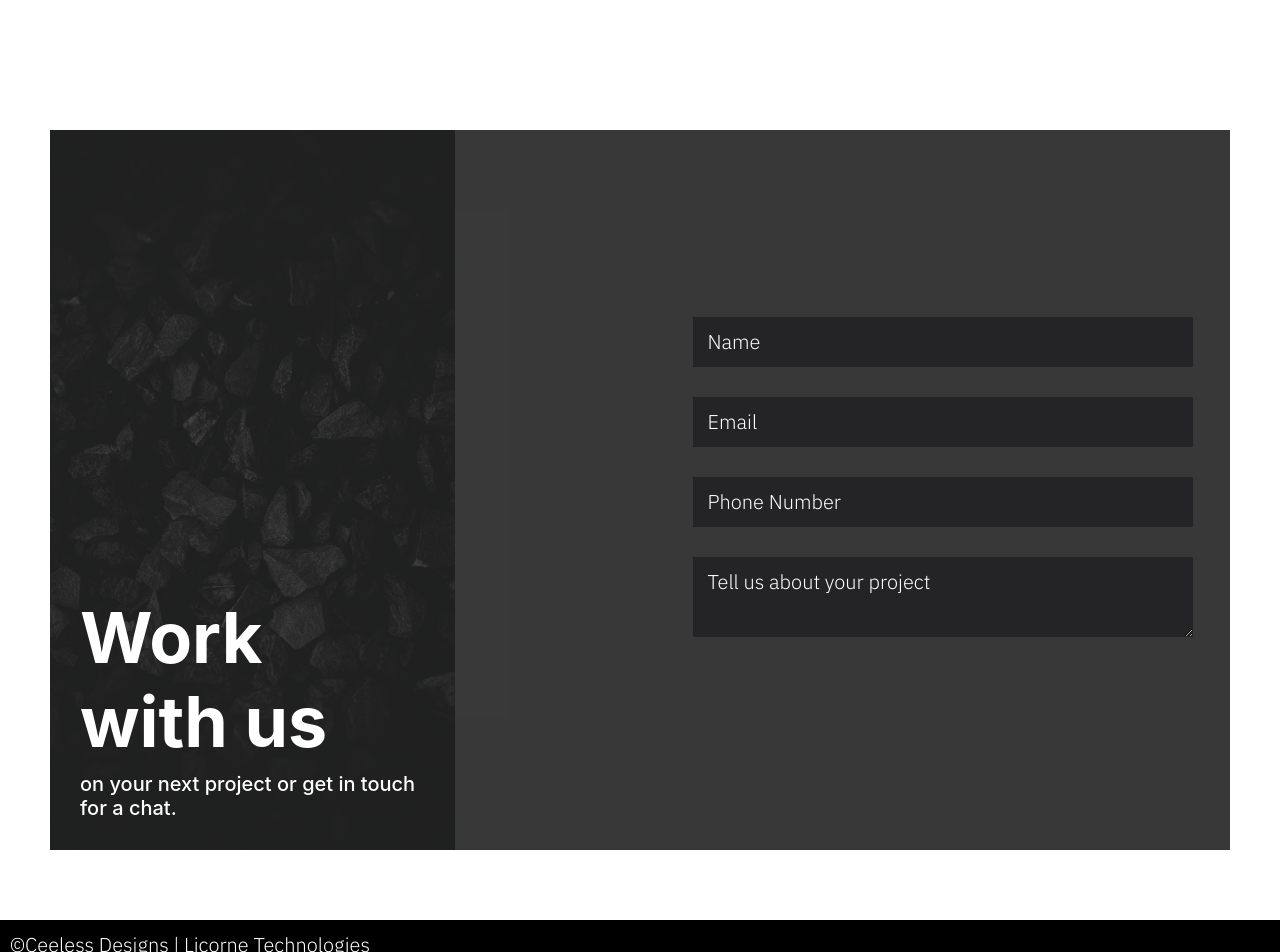
Repository: Licorne-Technologies/Ceeless-v2
Page: index.html
The author's editor kept a copy of each file at every save. The page is drawn from the files as they stood at one save, then again after the next save.
The browser window is 1280 px wide. The pictures show the part of the page from y = 2331 to 3283 px (the page is 3317 px tall).
Some web libraries are served in a nearby version. The style sheet was rebuilt from its Sass, Less or Tailwind sources for each picture, by a compiler version that may differ from the author's.

Above is the page before, as saved 2020-06-15 14:41:47.

After the next save:
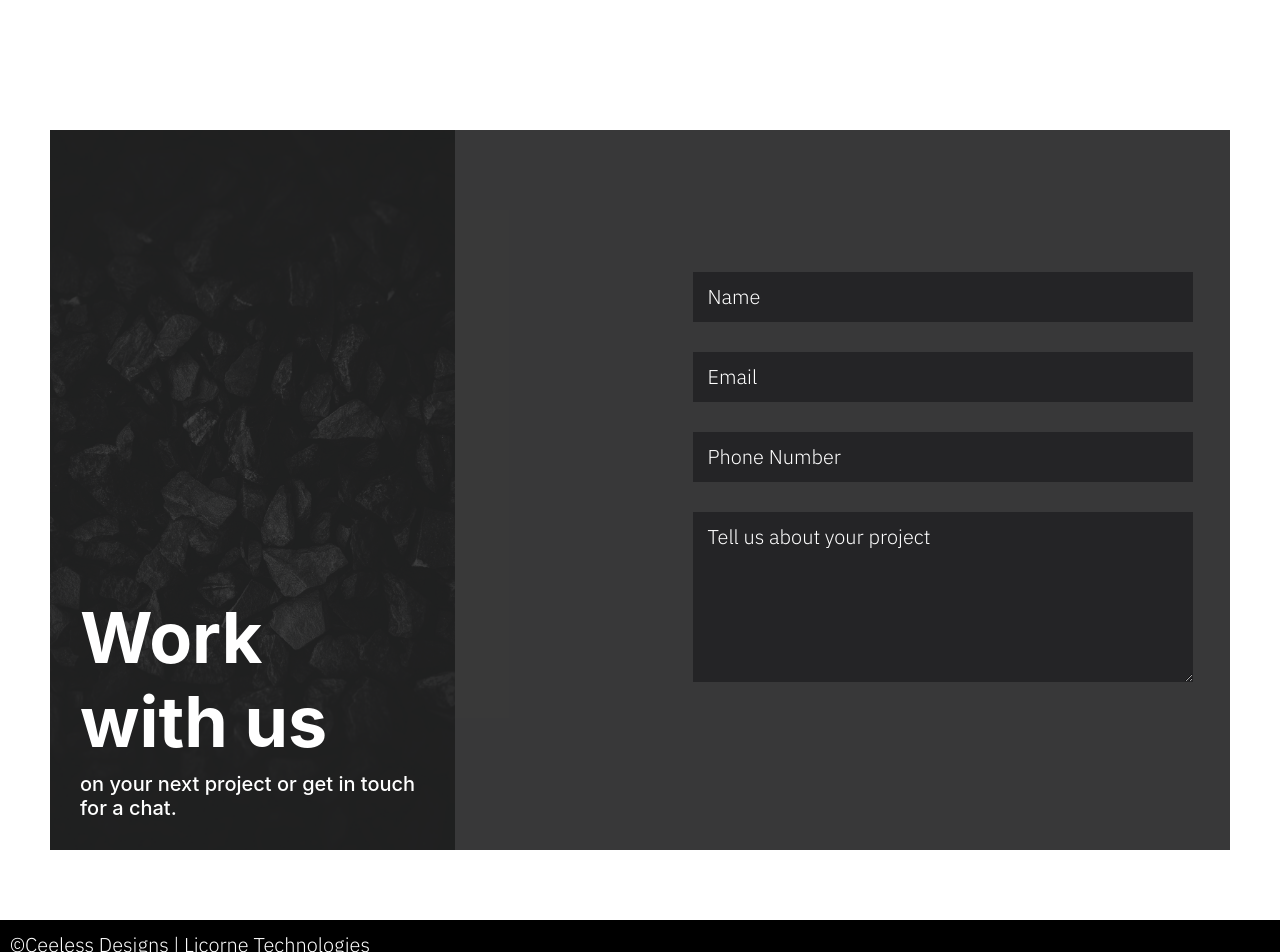
Saved 16 s later.
--- a/index.html
+++ b/index.html
@@ -217,7 +217,7 @@
                             <div class="error"></div>
                         </div>
                         <div class="formRow">
-                            <textarea placeholder="Tell us about your project" required></textarea>
+                            <textarea placeholder="Tell us about your project" rows="5" required></textarea>
                             <div class="error"></div>
                         </div>
                     </form>
